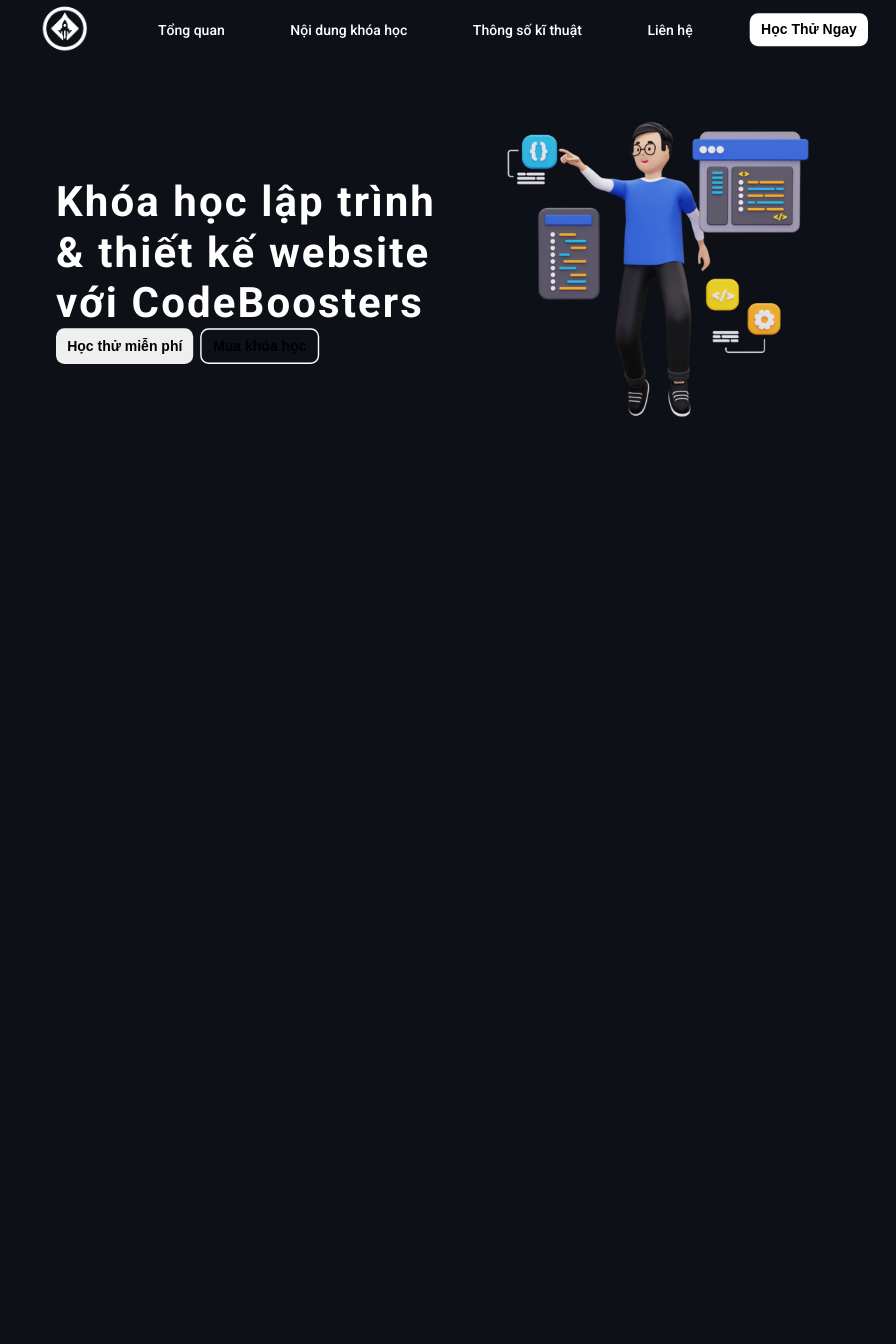
Repository: Dangtrinh28/landingpage
Page: index.html
An editor plug-in stored every save of this project. The page is shown before and after the next save, followed by the edit.
The browser window is 1280 px wide. The pictures show the part of the page from y = 0 to 1920 px (the page is 2847 px tall), at 70% of full size.

Above is the page before, as saved 2023-02-21 15:54:31.

### index.html
<!DOCTYPE html>
<html lang="en">

<head>
    <meta charset="UTF-8">
    <meta http-equiv="X-UA-Compatible" content="IE=edge">
    <meta name="viewport" content="width=device-width, initial-scale=1.0">
    <title>Khóa học lập trình</title>
    <link rel="stylesheet" href="./styles/main.css">
</head>

<body>
    <div class="main">
        <div class="container">
            <header>
                <div class="header__logo">
                    <a href="./index.html" class="header___link"><img src="./styles/img/logo.png" alt="" class="header__img"></a>
                </div>

                <li class="header__item"><a href="" class="header___link">Tổng quan</a></li>
                <li class="header__item"><a href="" class="header___link">Nội dung khóa học</a></li>
                <li class="header__item"><a href="" class="header___link">Thông số kĩ thuật</a></li>
                <li class="header__item"><a href="" class="header___link">Liên hệ</a></li>

                <button style="color: #000000; background-color: #FFF;" class="btn">Học Thử Ngay</button>
            </header>
        </div>

        <div class="container">
            <div class="banner row f-center">
                <div class="col-6 banner__content">
                    <p class="banner__text">
                        Khóa học lập trình & thiết kế website với CodeBoosters
                    </p>

                    <div class="btn__group">
                        <button class="btn">Học thử miễn phí </button>
                        <button class="btn background border">Mua khóa học</button>
                    </div>
                </div>

                <div class="col-6 banner__img">
                    <img src="./styles/img/banner/banner1.png" alt="">
                </div>
            </div>
        </div>

        <section></section>
        <section></section>
        <section></section>

        <footer>

        </footer>
    </div>
</body>

</html>

### styles/main.css
@import url('https://fonts.googleapis.com/css2?family=Roboto:wght@300;400;500;700&display=swap');

* {
    padding: 0;
    margin: 0;
}

:root {
    --bg-color: #0E1018;
    --text-color : #000000;
    --white-color: #ffffff;
}

html {
    font-size: 62.5%;
}

body {
    font-family: 'Roboto', sans-serif;
    background-color: var(--bg-color);
}

.container {
    width: 1200px;
    max-width: 100%;
    margin: 0 auto;
}

.row {
    display: flex;
}

.col-6 {
    width: 50%;
}

.f-center {
    display: flex;
    align-items: center;
}


section {
    height: 100vh;
}

.btn__group {
    display: flex;
}

.btn__group .btn {
    margin-right: 10px;
}

.btn {
    text-decoration: none;
    border: none;
    outline: none;
    padding:12px 16px;
    border-radius: 12px;
    display: block;
    font-weight: 700;
    font-size: 2rem;
}


.border {
    border: 2px solid var(--white-color);
}

.background {
    background-color: var(--bg-color);
}


/* header */
header {
    display: flex;
    justify-content: space-between;
    align-items: center;
}

.header__logo {

}

.header__img {
    width: 80px;
}

.header__list {

}

.header__item {
    display: inline-block;
}

.header___link {
    color: var(--white-color);
    text-decoration: none;
    font-size: 2rem;
    font-weight: 500;
    padding: 8px 12px;
}
/* banner */
.banner {
    padding: 0px 40px;
}

.banner__content {
}

.banner__text {
    color: var(--white-color);
    font-size: 6rem;
    font-weight: 600;
    line-height: 1.2;
    letter-spacing: 3px;

}

After the next save:
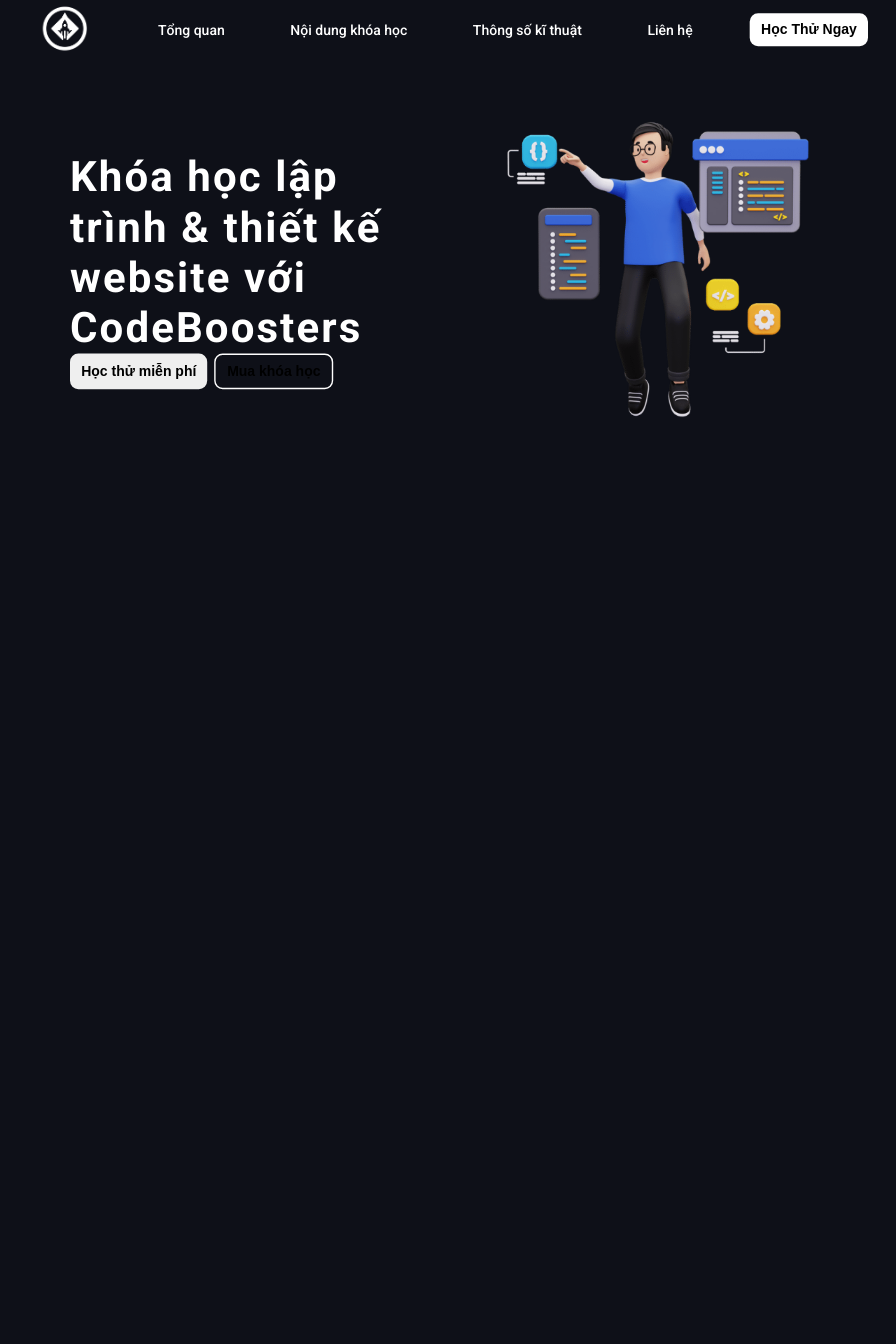
Saved 10 s later.
--- a/styles/main.css
+++ b/styles/main.css
@@ -105,7 +105,7 @@
 }
 /* banner */
 .banner {
-    padding: 0px 40px;
+    padding: 0px 60px;
 }
 
 .banner__content {

After the save that followed:
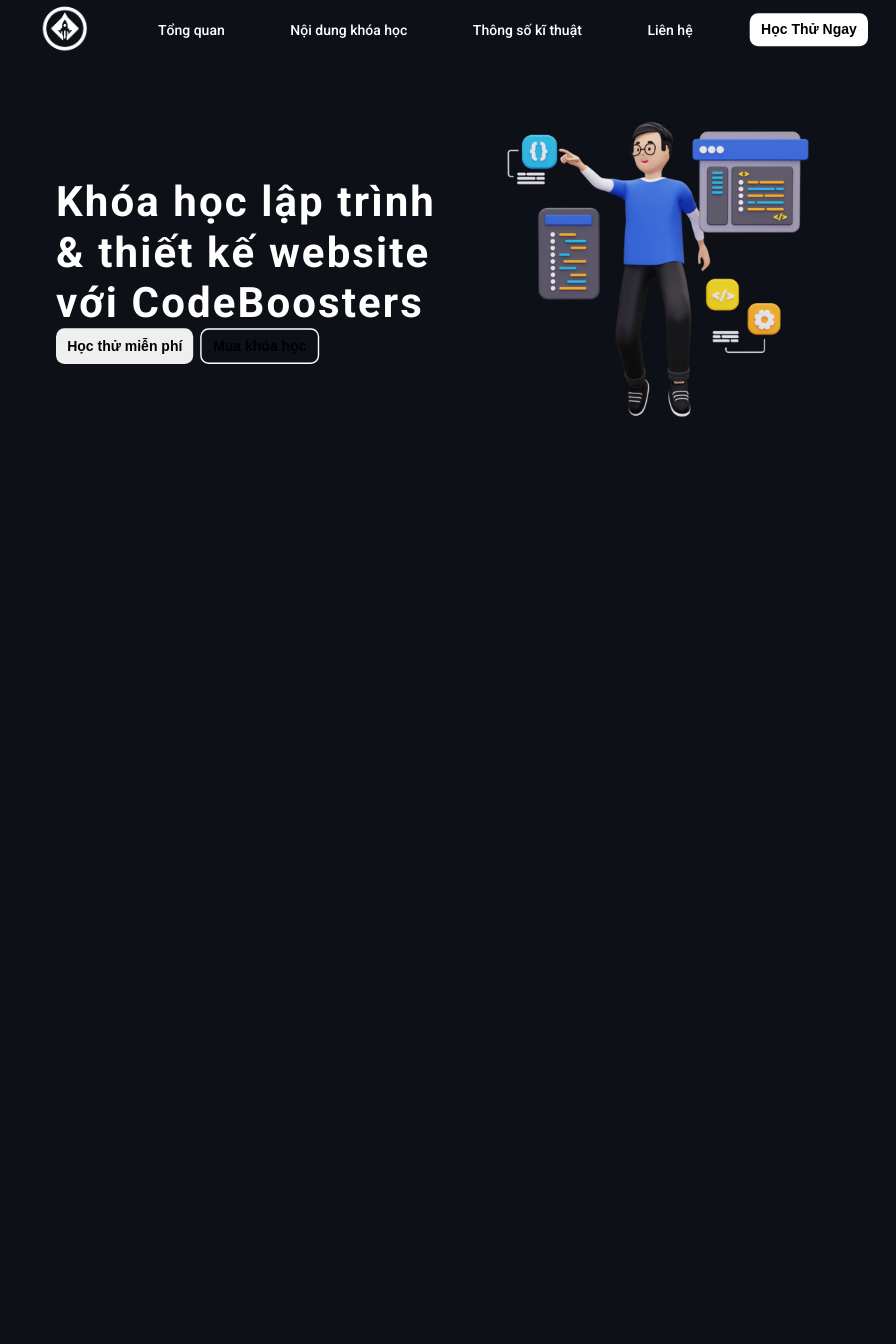
Saved 5 s later.
--- a/styles/main.css
+++ b/styles/main.css
@@ -105,7 +105,7 @@
 }
 /* banner */
 .banner {
-    padding: 0px 60px;
+    padding: 0px 40px;
 }
 
 .banner__content {
